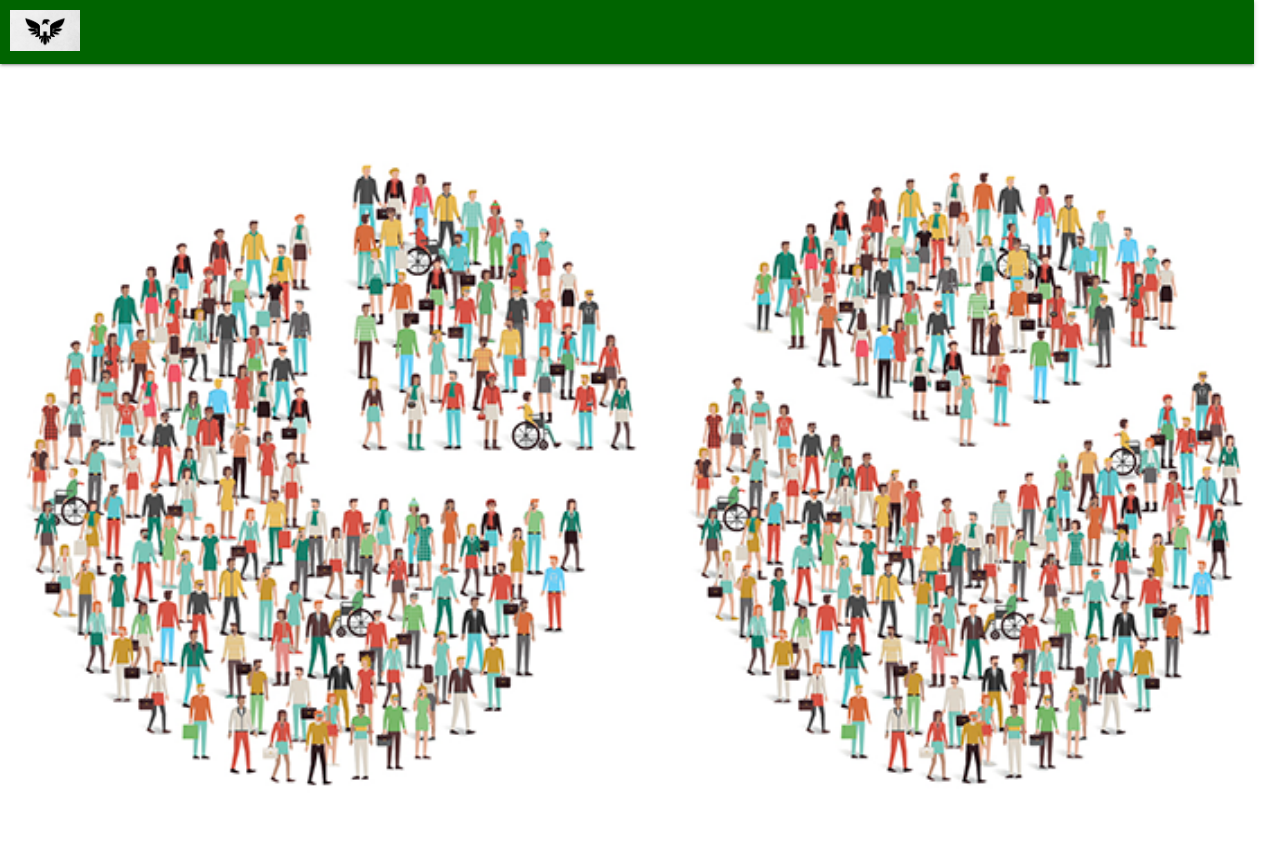
Repository: deepakgautam/SurveyApplication
Page: /landing (app in client/)
The author's editor kept a copy of each file at every save. The page is drawn from the files as they stood at one save, then again after the next save.
The browser window is 1280 px wide. The pictures show the whole page.
The page's requests for data from a server got no answer. The project was rebuilt for these pictures with package versions that can differ from the ones it lists, and the page was loaded fresh each time. No one was signed in, and anything a server would have sent is missing. Also part of the build but not shown: client/src/components/payments.js, client/src/components/surveys/surveyList.js, client/src/components/dashboard.js, client/src/components/surveys/surveyFields.js, client/src/utils/validateEmails.js, client/src/components/surveys/formFields.js, client/src/components/surveys/surveyForm.js, client/src/components/surveys/surveyFormReview.js and 1 more.

Above is the page before, as saved 2018-06-24 22:03:50.

After the next save:
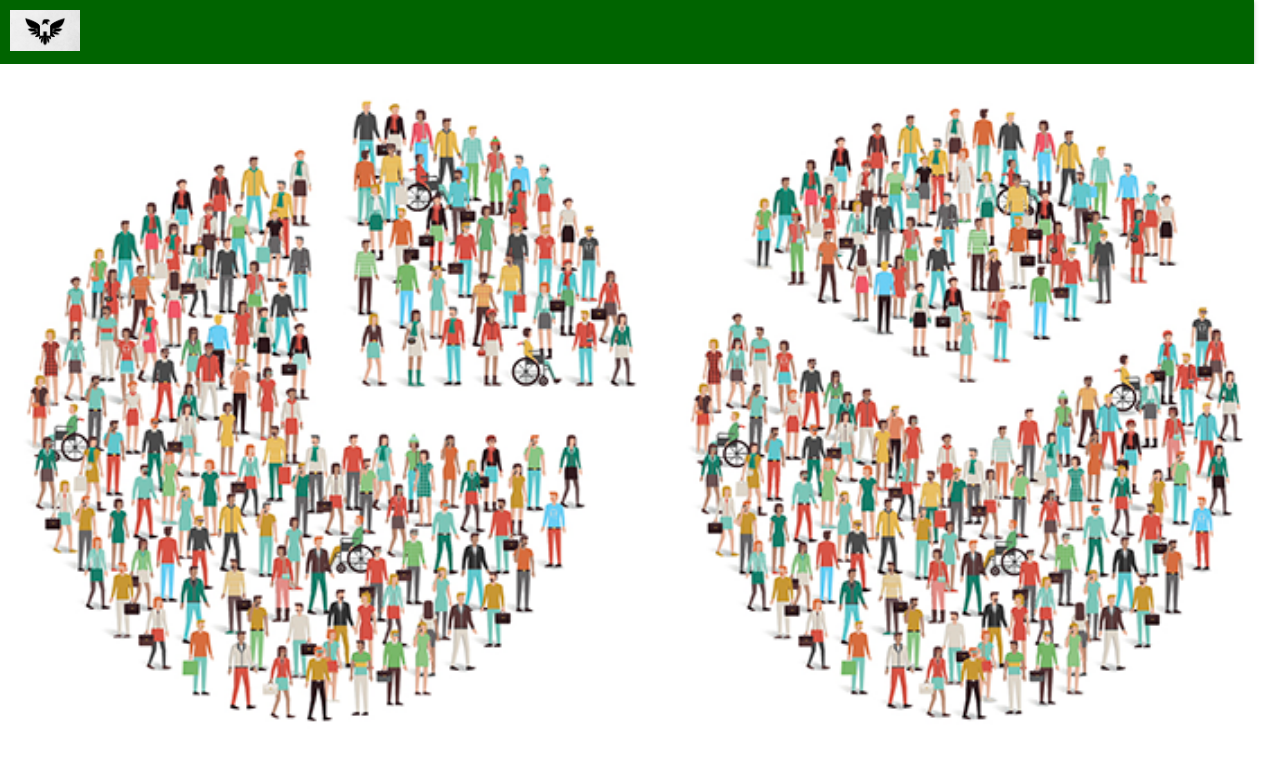
Saved 23 s later.
--- a/client/src/components/landing.js
+++ b/client/src/components/landing.js
@@ -15,7 +15,6 @@ class  Landing  extends Component {
          backgroundSize: "cover",
          maxHeight: "100%",
          backgroundSize:"100% 100%",
-         marginTop : '64px'
          }
     };
     render () {
